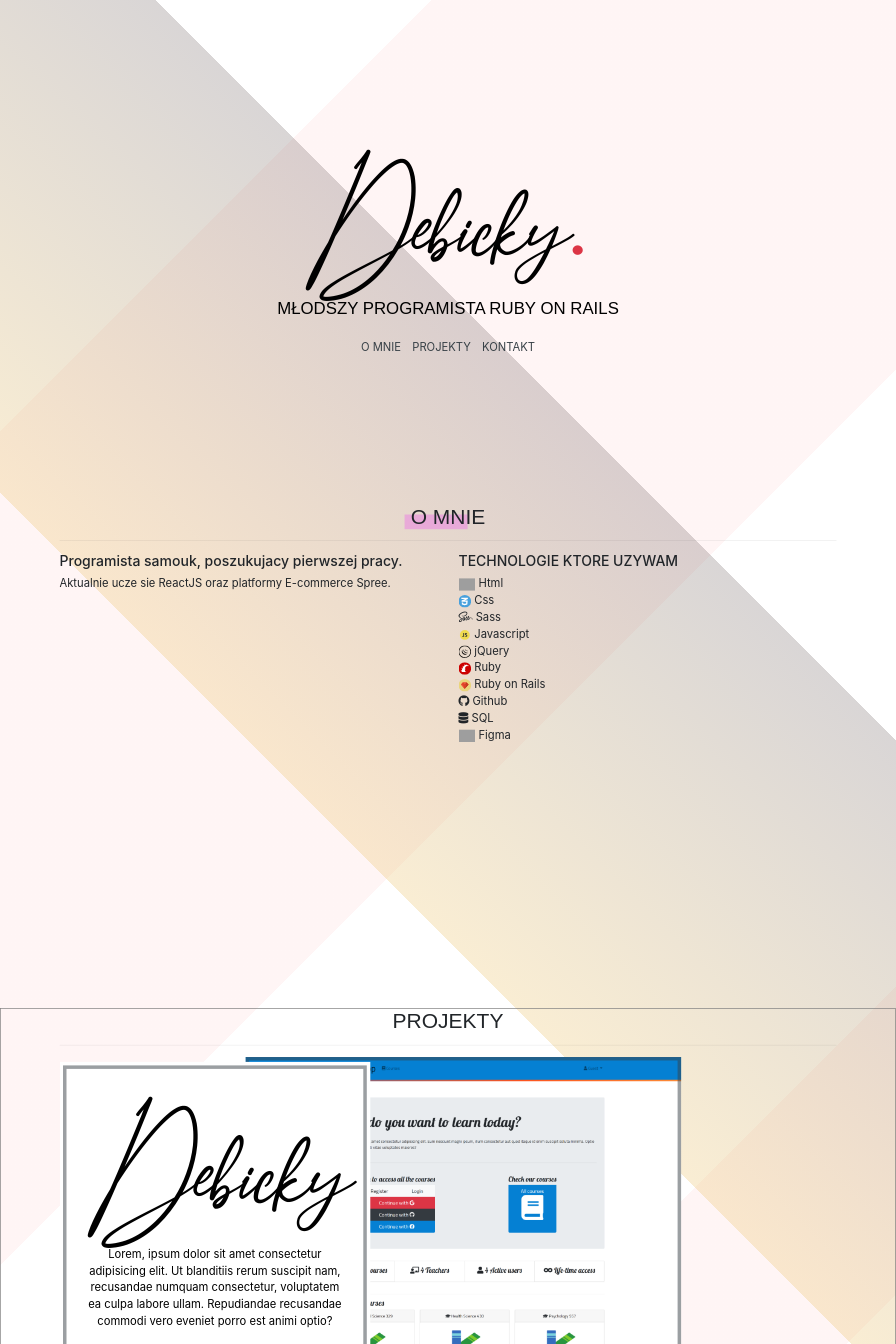
Repository: debicky/debicky.github.io
Page: index.html
An editor plug-in stored every save of this project. The page is shown before and after a run of saves, followed by the edit.
The browser window is 1280 px wide. The pictures show the part of the page from y = 0 to 1920 px (the page is 3128 px tall before and 4403 px after), at 70% of full size.
Pictures or frames that could not be fetched are drawn as grey boxes. An inner scrolling area shows only its first screen. Some web fonts or font styles are not loaded; a fallback is used. Some web libraries are served in a nearby version.

Above is the page before, as saved 2020-06-14 15:48:44.

After the next 5 saves:
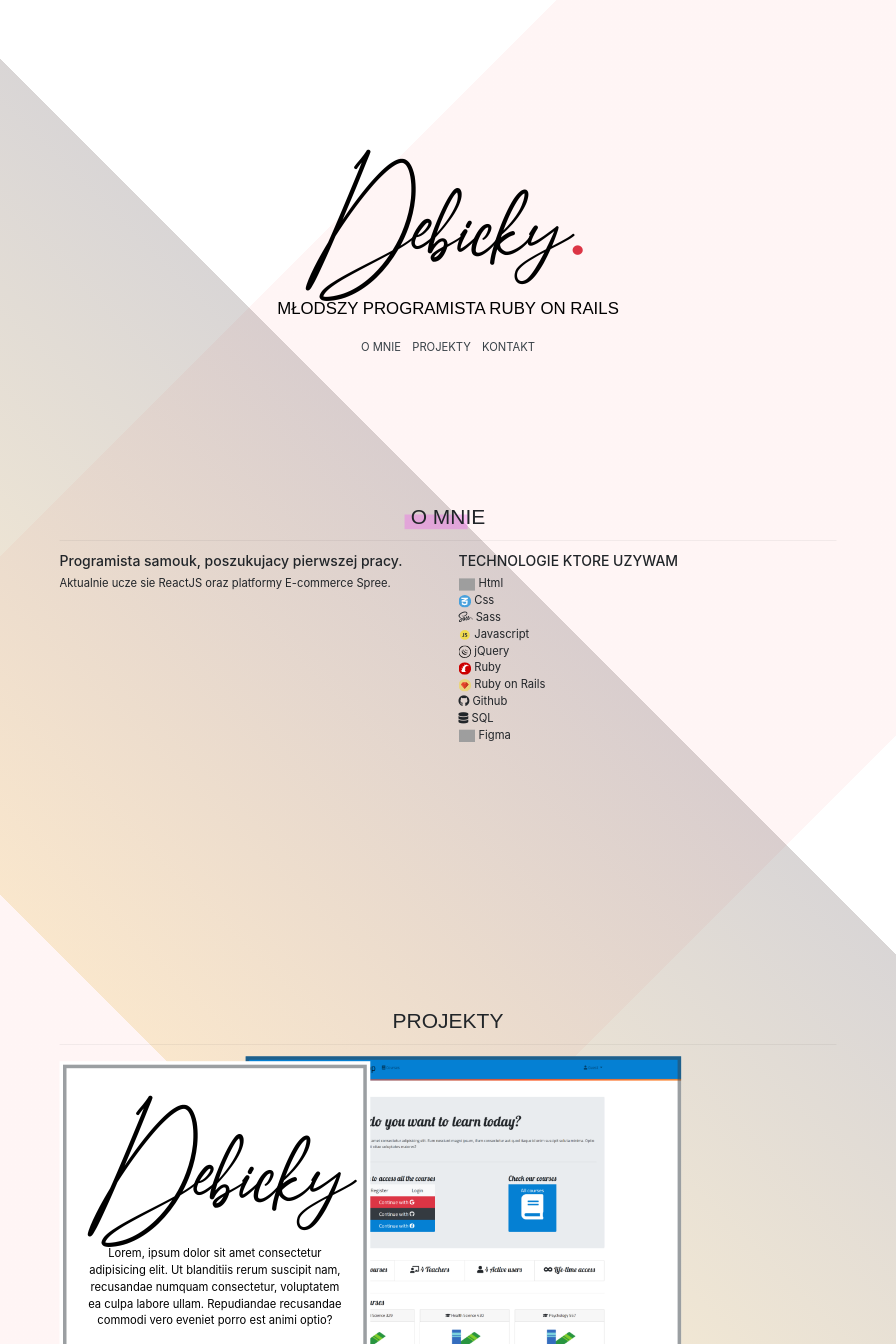
The 5 saves are shown as one change because they came seconds apart.
The last was saved 11 s later.
--- a/styles.css
+++ b/styles.css
@@ -177,25 +177,7 @@ section h1{
 }
 
 
-.projects {
-  max-height: 100vh;
-  overflow-y: scroll;
-  border: 1px solid gray;
-  scroll-snap-type: mandatory;
-  scroll-snap-points-y: repeat(3rem);
-  scroll-snap-type: y mandatory;
-}
-.pro {
-  border-bottom: 1px solid white;
-  padding: 1rem;
-  font-size: 1.2rem;
-  color: white;
-  text-align: center;
-  display: flex;
-  flex-direction: column;
-  justify-content: center;
-  scroll-snap-align: start;
-}
+
 
 
 /* Contact */
